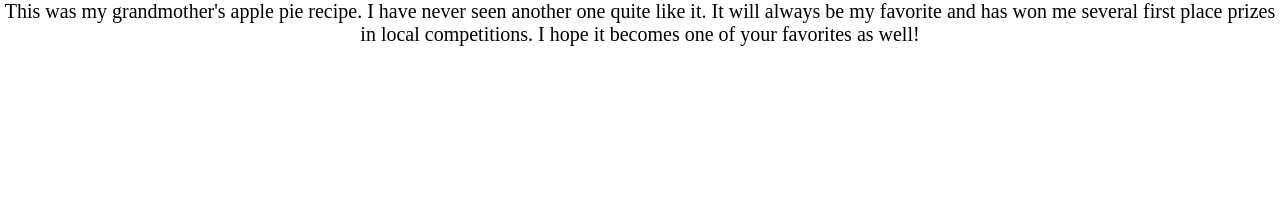
Repository: ChristianGecchelin/lab-css-recipes-clone
Page: apple-pie/index.html
The author's editor kept a copy of each file at every save. The page is drawn from the files as they stood at one save, then again after the next save.
The browser window is 1280 px wide. The pictures show the part of the page from y = 504 to 1332 px (the page is 720 px tall before and 1332 px after).

Above is the page before, as saved 2022-06-01 14:47:00.

### apple-pie/index.html
<!DOCTYPE html>
<html lang="en">
  <head>
    <meta charset="UTF-8" />
    <meta name="viewport" content="width=device-width, initial-scale=1.0" />
    <title>Apple Pie Recipe</title>
    <!-- don't forget to link your styles -->
    <link rel="stylesheet" href="./styles/style.css" />
  </head>
  <body>
    <header class="">
      <img src="../apple-pie/images/apple-pie.jpg" alt="" />
      <h1>Apple Pie</h1>
    </header>
    <section class="introduction">
      <p>
        This was my grandmother's apple pie recipe. I have never seen another
        one quite like it. It will always be my favorite and has won me several
        first place prizes in local competitions. I hope it becomes one of your
        favorites as well!
      </p>
    </section>
    <!--  Ingredients 1 recipe pastry for a 9 inch double crust pie 1/2 cup unsalted
    butter 3 tablespoons all-purpose flour 1/4 cup water 3 tablespoons
    all-purpose flour 1/4 cup water 1/2 cup white sugar 1/2 cup packed brown
    sugar 8 Granny Smith apples - peeled, cored and sliced Directions Preheat
    oven to 425 degrees F (220 degrees C). Melt the butter in a saucepan. Stir
    in flour to form a paste. Add water, white sugar and brown sugar, and bring
    to a boil. Reduce temperature and let simmer. Place the bottom crust in your
    pan. Fill with apples, mounded slightly. Cover with a lattice work crust.
    Gently pour the sugar and butter liquid over the crust. Pour slowly so that
    it does not run off. Bake 15 minutes in the preheated oven. Reduce the
    temperature to 350 degrees F (175 degrees C). Continue baking for 35 to 45
    minutes, until apples are soft. -->
  </body>
</html>

### apple-pie/styles/style.css
* {
  margin: 0;
  padding: 0;
  font-size: 62.5%;
}
header {
  position: relative;
  display: flex;
  flex-direction: column;
  justify-content: center;
  align-items: center;
}
header img {
  width: 100%;
  height: 70vh;
  position: relative;
  object-fit: cover;
}
header h1 {
  position: absolute;
  color: white;
  font-size: 4rem;
  font-weight: 400;
  font-family: sans-serif;
  letter-spacing: 1.5px;
}
.introduction {
  display: flex;
  flex-direction: column;
  justify-content: center;
  align-items: center;
}
.introduction p {
  font-size: 2rem;
  text-align: center;
}

After the next save:
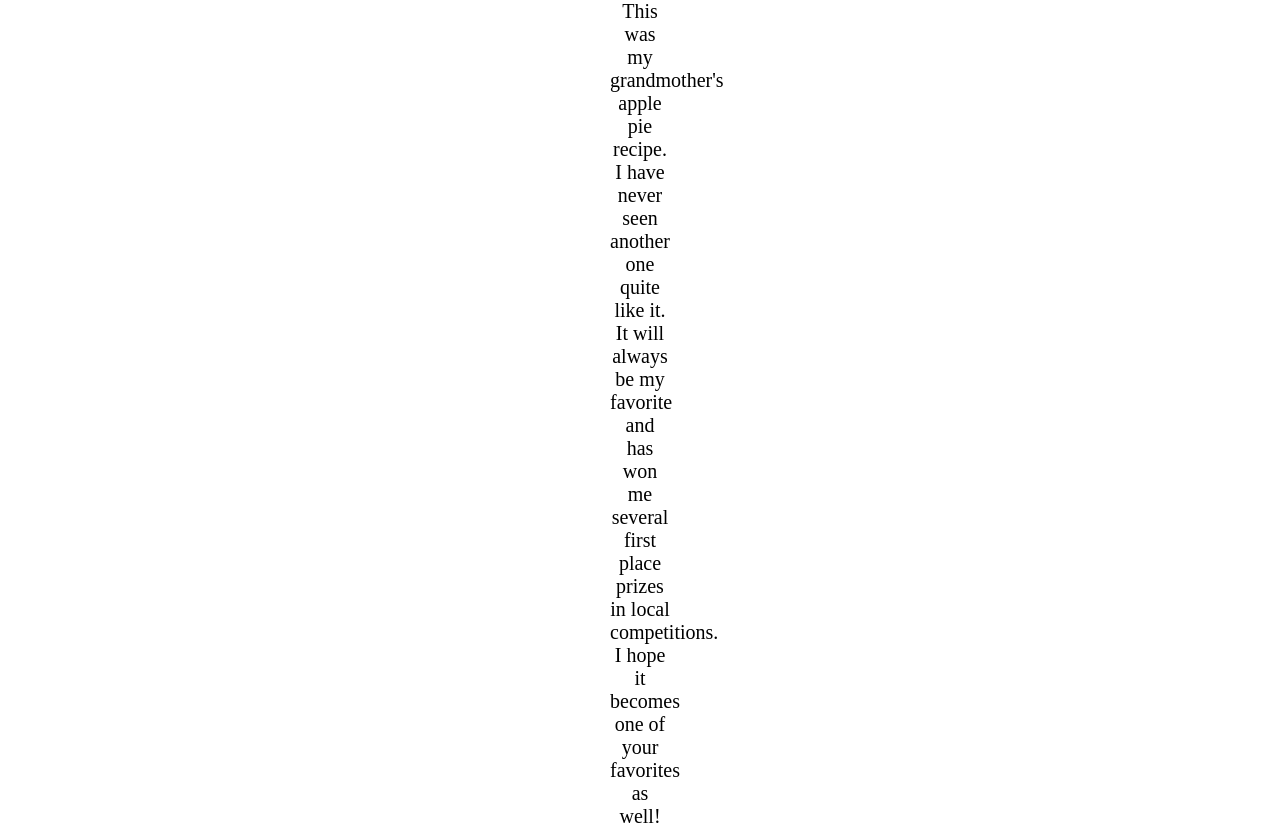
Saved 13 s later.
--- a/apple-pie/styles/style.css
+++ b/apple-pie/styles/style.css
@@ -31,6 +31,7 @@ header h1 {
   align-items: center;
 }
 .introduction p {
+  width: 60px;
   font-size: 2rem;
   text-align: center;
 }
